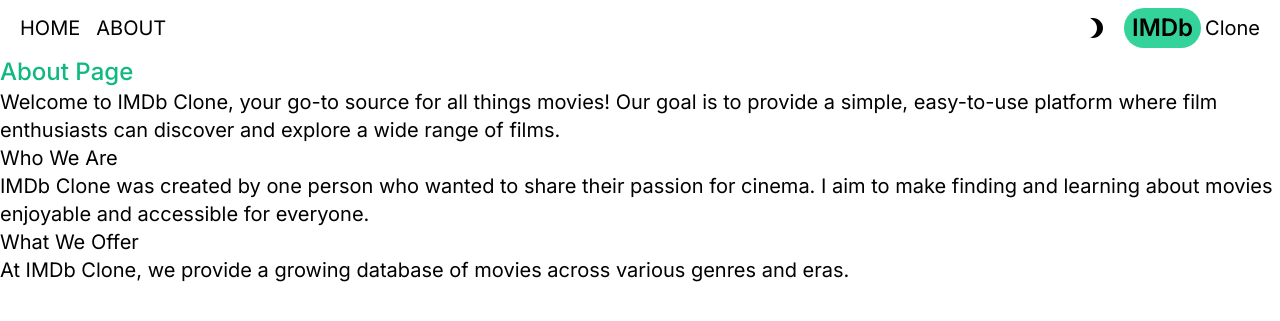
Repository: Tan28-art/Next-JS-Movie-Site
Page: /about (app in starter/)
The author's editor kept a copy of each file at every save. The page is drawn from the files as they stood at one save, then again after the next save.
The browser window is 1280 px wide. The pictures show the whole page.
The project was rebuilt for these pictures with package versions that can differ from the ones it lists, and the page was loaded fresh each time. The framework's server and built-in components were replaced by stand-ins that run in the browser. Also part of the build but not shown: starter/next.config.mjs.

Above is the page before, as saved 2024-07-23 17:55:36.

After the next save:
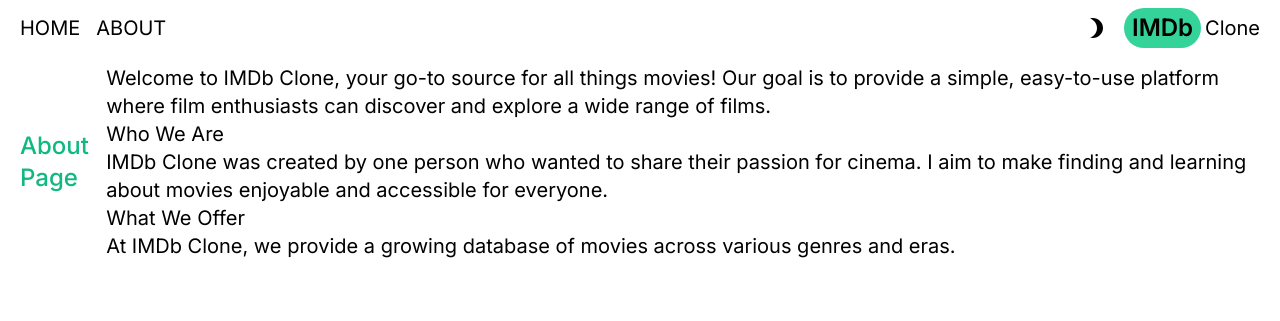
Saved 72 s later.
--- a/starter/app/about/page.tsx
+++ b/starter/app/about/page.tsx
@@ -2,7 +2,7 @@
 
 export default function page() {
   return (
-    <div>
+    <div className="flex justify-between items-center p-2 px-5 mx-auto">
       <h1 className="text-2xl font-medium text-emerald-500">About Page</h1>
       <div className = "text-xl">
           <p>
